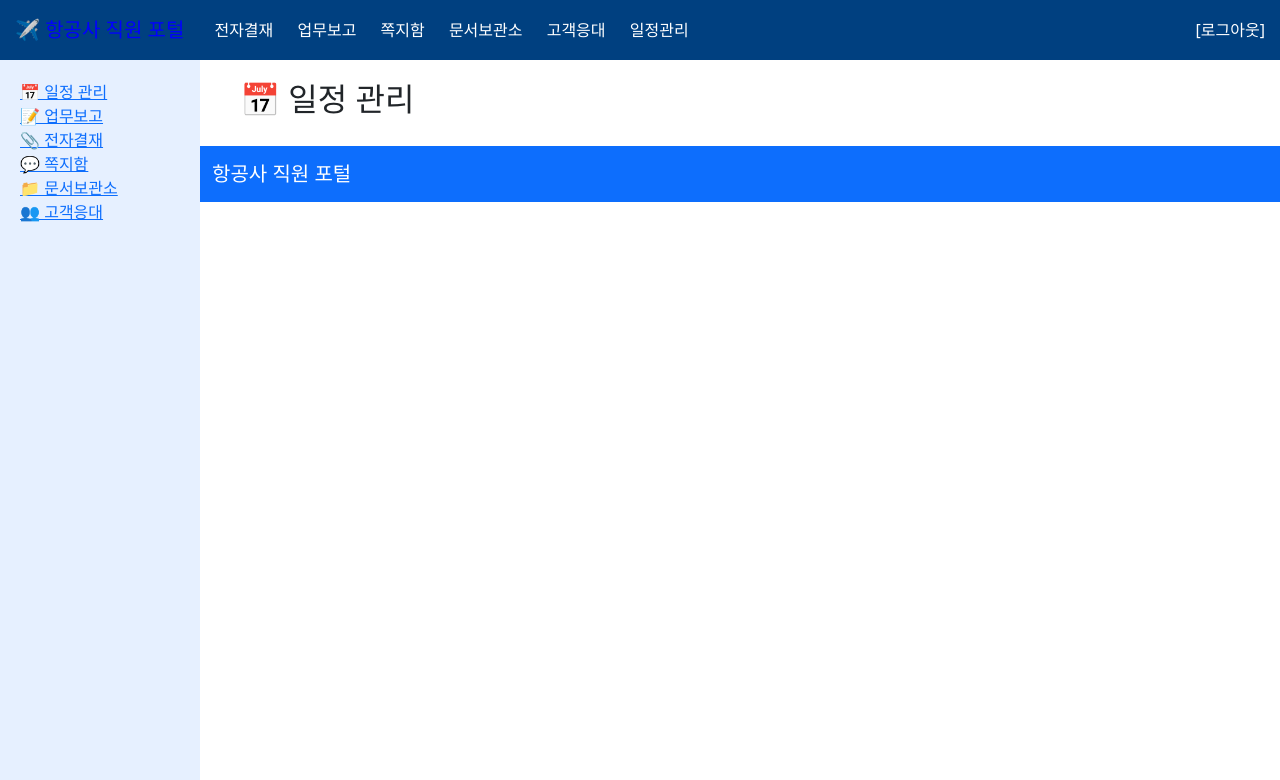
Repository: yu1na/Project404
Page: http://localhost/Project404_yuna/WEB-INF/views/calendar/calendar.jsp
These files come from the project's save history. The page is drawn as it stood at one moment and after the next save; the edit follows.
The browser window is 1280 px wide. The pictures show the whole page.
The page is served by Tomcat 9. Nobody is signed in. The template is opened directly, without the code that normally fills it, so the values that code supplies are empty.

Above is the page before, as saved 2025-07-15 16:03:07.

After the next save:
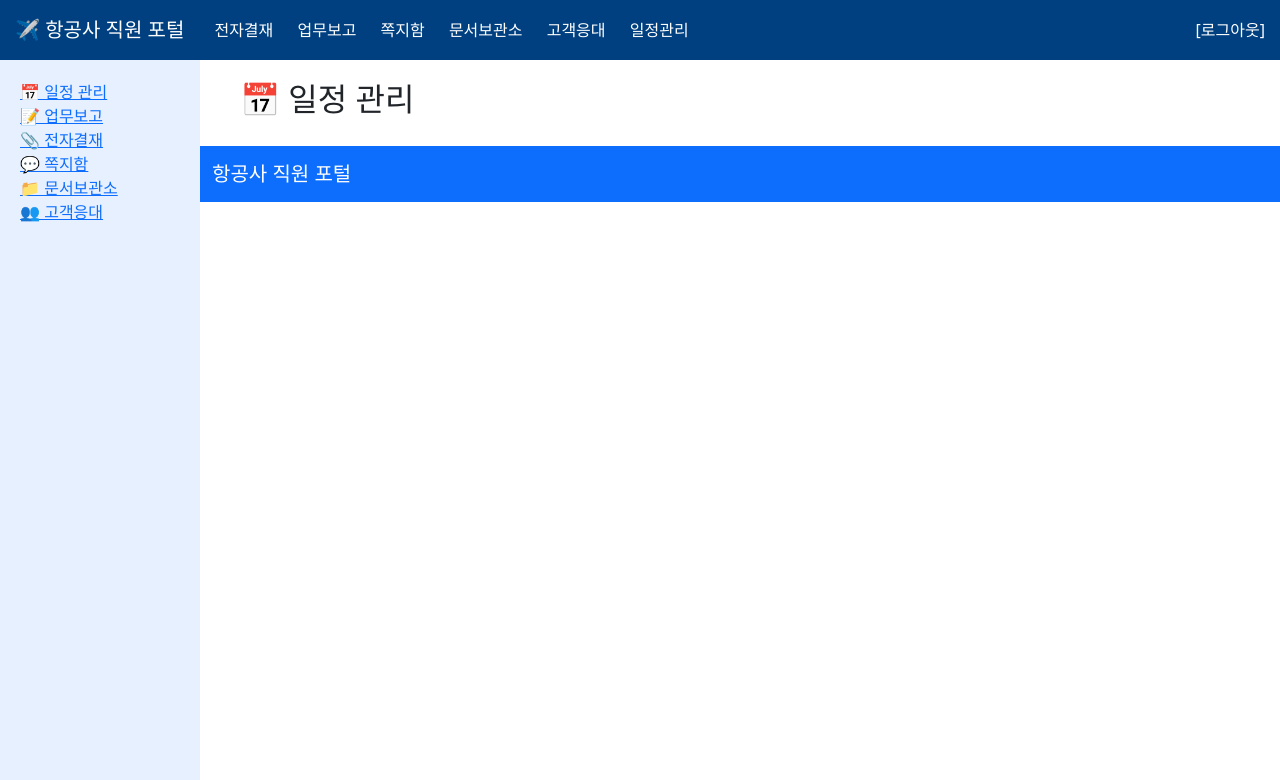
Saved 61 s later.
--- a/Project404_yuna/src/main/webapp/WEB-INF/views/top.jsp
+++ b/Project404_yuna/src/main/webapp/WEB-INF/views/top.jsp
@@ -16,7 +16,7 @@
 			}
 			/* 항공사 직원 포털 텍스트 색상 및 간격 */
 			.portal-title {
-				color: white; /* 텍스트 색상을 흰색으로 */
+				color: white !important; /* 텍스트 색상을 흰색으로 */
 				margin-right: 30px; /* 로그아웃 버튼과의 간격 조정 */
 			}
 		</style>
